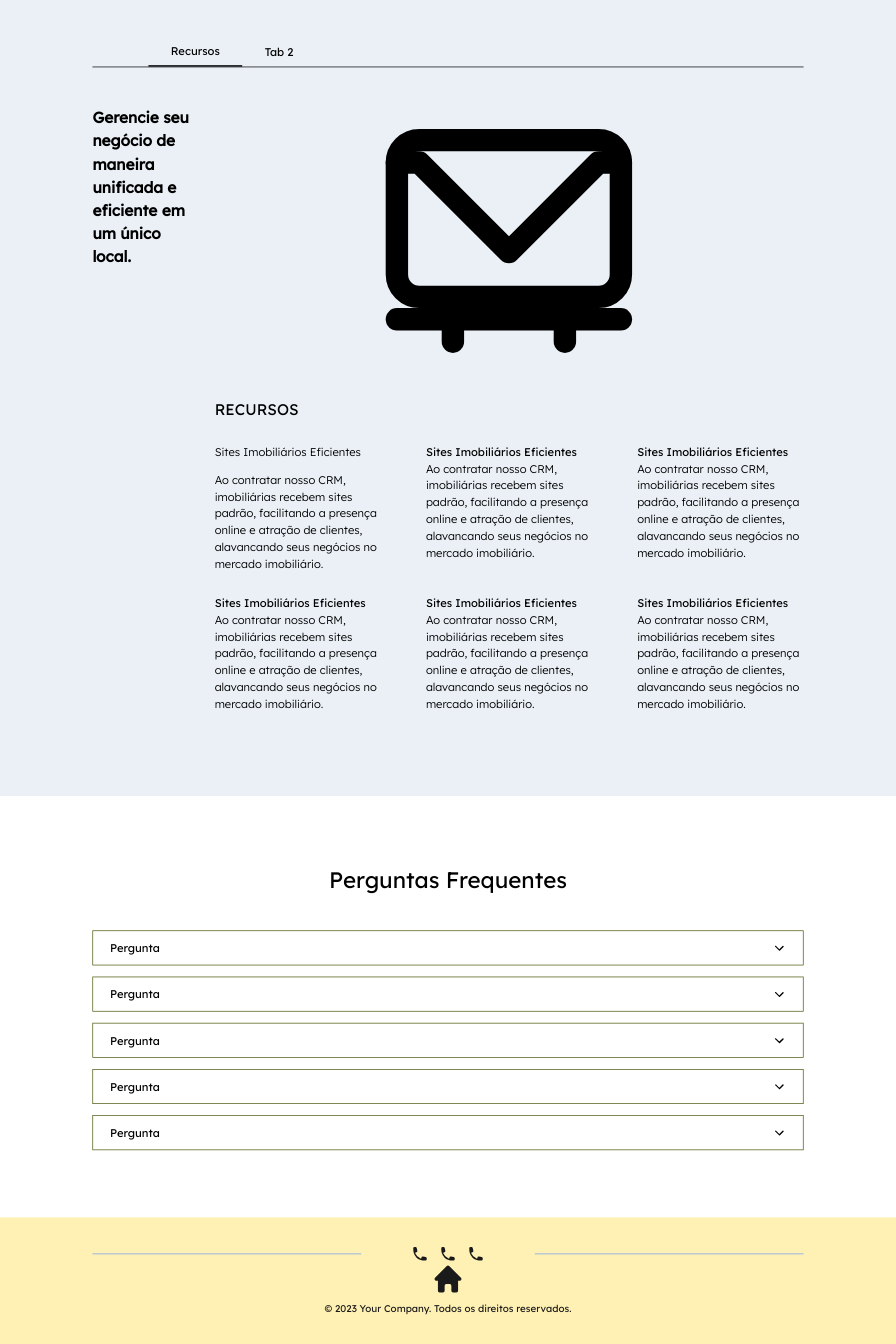
Repository: VereAbsolutum/site-institucional
Page: /cdAdmgrafico
These files come from the project's save history. The page is drawn as it stood at one moment and after a run of saves; the edit follows.
The browser window is 1280 px wide. The pictures show the part of the page from y = 1323 to 3243 px (the page is 3243 px tall before and 3235 px after), at 70% of full size.
The project was rebuilt for these pictures with package versions that can differ from the ones it lists, and the page was loaded fresh each time. Also part of the build but not shown: vite.config.ts, src/presentation/components/buttons/button-base.tsx, src/presentation/components/buttons/button-border-primary.tsx, src/presentation/components/buttons/button-primary.tsx, src/presentation/components/links/link-border-primary.tsx, src/presentation/components/links/link-border-white.tsx, src/presentation/components/typography/display.tsx, src/presentation/components/typography/paragraph-small.tsx and 12 more.

Above is the page before, as saved 2023-04-16 19:39:05.

After the next 2 saves:
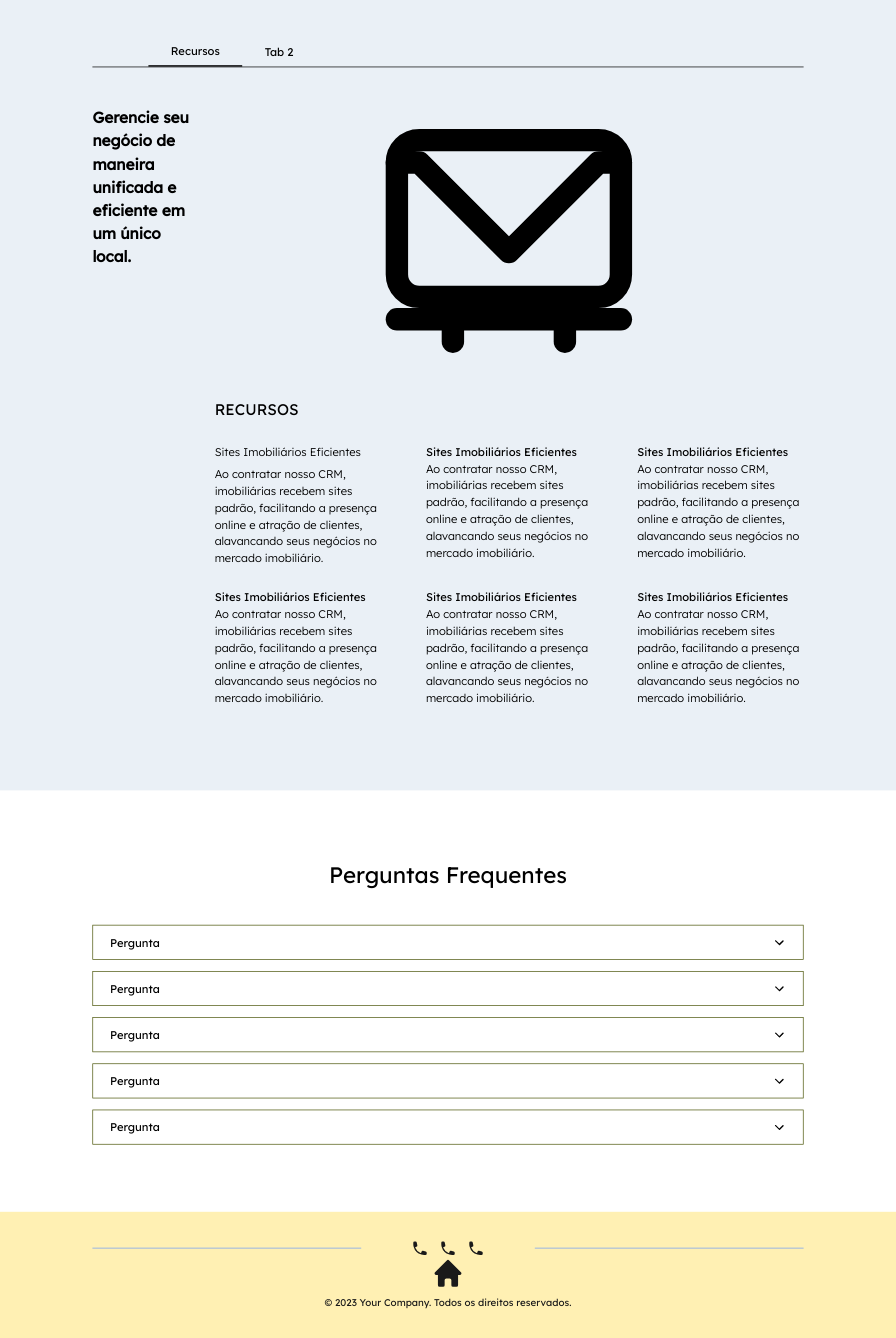
The 2 saves are shown as one change because they came seconds apart.
The last was saved 7 s later.
--- a/src/presentation/pages/product/product.tsx
+++ b/src/presentation/pages/product/product.tsx
@@ -157,7 +157,7 @@ const product: React.FC = () => {
                                                 </h3></div>
                                             <div className='grid grid-cols-3 gap-x-16 gap-y-8'>
                                                 <div>
-                                                    <h3 className='mb-4'>
+                                                    <h3 className='mb-2'>
                                                         <TextParagraph>
                                                             Sites Imobiliários Eficientes
                                                         </TextParagraph>
